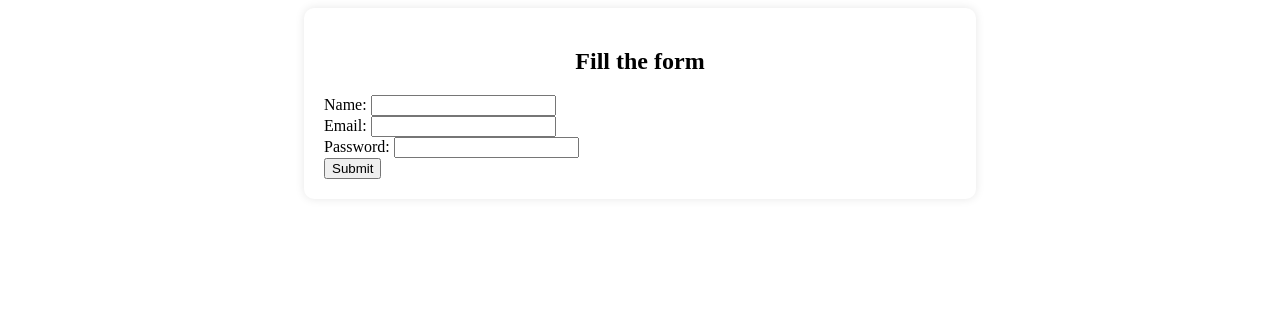
Repository: Haakim19/WebDevelopment
Page: Main.html
The author's editor kept a copy of each file at every save. The page is drawn from the files as they stood at one save, then again after a run of saves.
The browser window is 1280 px wide. The pictures show the whole page.

Above is the page before, as saved 2024-10-02 14:14:16.

### Main.html
<!DOCTYPE html>
<html lang="en">
<head>
    <meta charset="UTF-8">
    <meta name="viewport" content="width=device-width, initial-scale=1.0">
    <link rel="stylesheet" href="Main.css">
    <title>Web Development Module</title>
</head>
<body>
    <div class="form">
        <form action="">
            <h2>Fill the form</h2>
            <label for="name">Name:</label>
            <input type="text" name="name" id="name" required>
            <br>
            <label for="email">Email:</label>
            <input type="email" name="email" id="email" required>
            <br>
            <label for="password">Password:</label>
            <input type="password" name="password" id="password" required>
            <br>
            <button type="submit">Submit</button>
        </form>
    </div>

</body>
</html>

### Main.css
.body{
    background-color: #e30e0e;
    font-family: monospace;
    margin: 0;
    padding: 0;
}
.form{
    background-color: #fff;
    width: 50%;
    margin: 0 auto;
    padding: 20px;
    border-radius: 10px;
    box-shadow: 0 0 10px rgba(0, 0, 0, 0.1);
}
.form h2{
    text-align: center;
    margin-bottom: 20px;
}

After the next 2 saves:
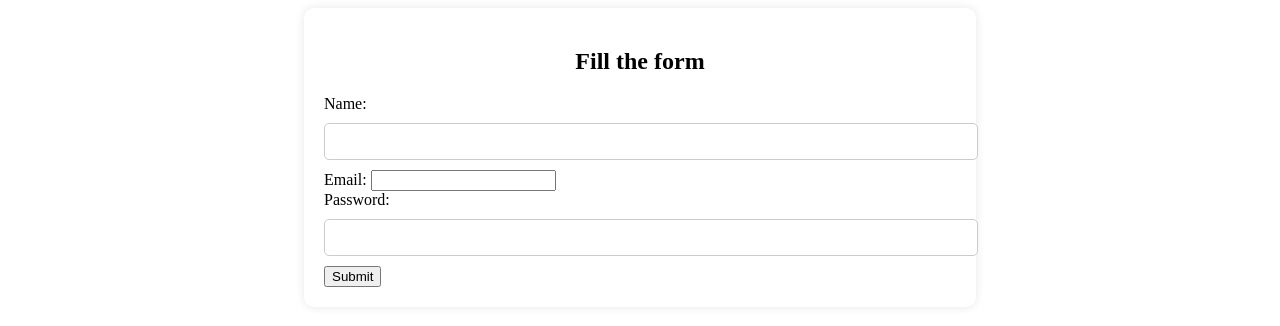
The 2 saves are shown as one change because they came seconds apart.
The last was saved 8 s later.
--- a/Main.css
+++ b/Main.css
@@ -16,3 +16,10 @@
     text-align: center;
     margin-bottom: 20px;
 }
+.form input[type="text"], .form input[type="password"]{
+    width: 100%;
+    padding: 10px;
+    margin: 10px 0;
+    border-radius: 5px;
+    border: 1px solid #ccc;
+}

After the 3 saves that followed:
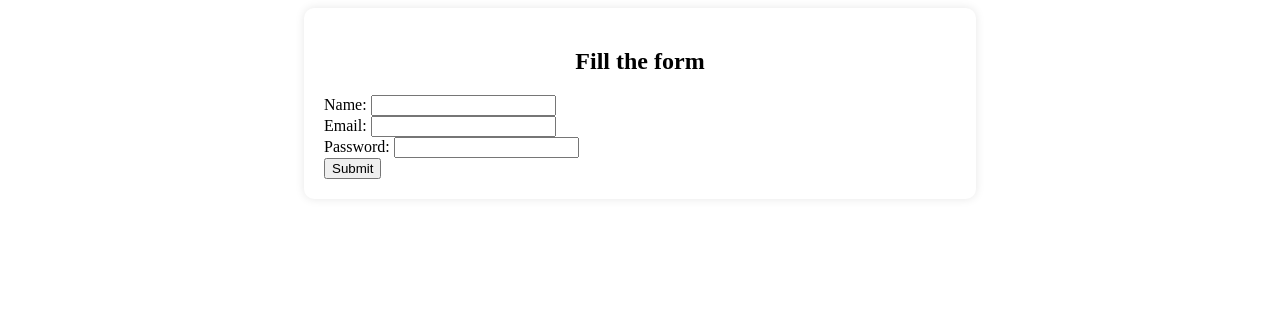
The 3 saves are shown as one change because 2 left the picture as it was.
The last was saved 20 s later.
--- a/Main.css
+++ b/Main.css
@@ -16,10 +16,3 @@
     text-align: center;
     margin-bottom: 20px;
 }
-.form input[type="text"], .form input[type="password"]{
-    width: 100%;
-    padding: 10px;
-    margin: 10px 0;
-    border-radius: 5px;
-    border: 1px solid #ccc;
-}
